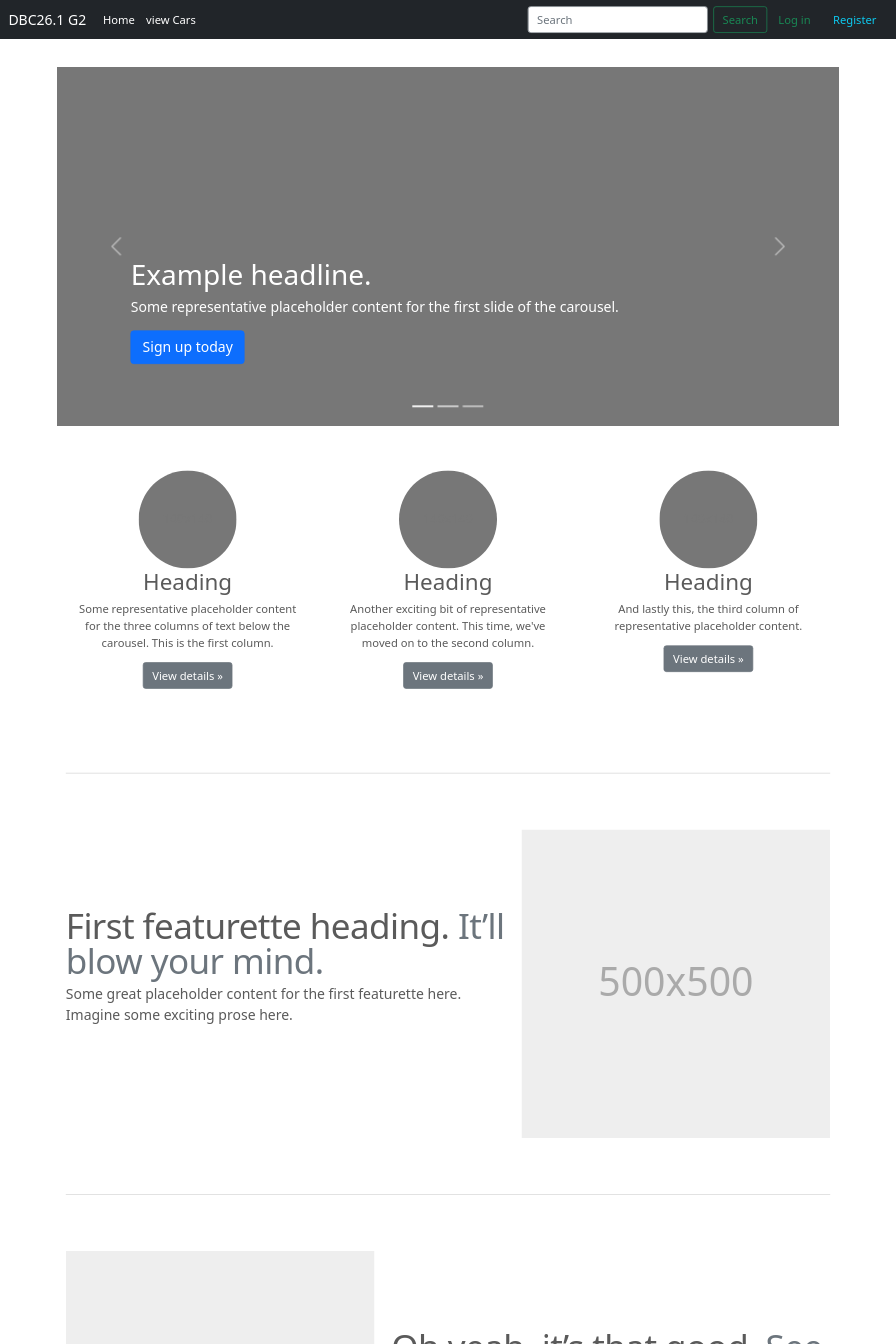
Repository: Cwills21/Aiti-dbc26.1-group-2
Page: http://localhost/
The author's editor kept a copy of each file at every save. The page is drawn from the files as they stood at one save, then again after the next save.
The browser window is 1280 px wide. The pictures show the part of the page from y = 0 to 1920 px (the page is 3079 px tall), at 70% of full size.
The page is served by the project's Laravel application, run on PHP 8.4 with Laravel 8. Other server files are loaded and not shown.

Above is the page before, as saved 2022-03-09 23:27:09.

### routes/web.php
<?php

use App\Http\Controllers\CarController;
use Illuminate\Support\Facades\Route;

/*
|--------------------------------------------------------------------------
| Web Routes
|--------------------------------------------------------------------------
|
| Here is where you can register web routes for your application. These
| routes are loaded by the RouteServiceProvider within a group which
| contains the "web" middleware group. Now create something great!
|
*/

Route::get('/', function () {
    return view('welcome');
});

Route::get('/dashboard', function () {
    return view('dashboard');
})->middleware(['auth'])->name('dashboard');

require __DIR__.'/auth.php';

//Cars
Route::prefix('/cars')->group(function(){
    Route::get('/', [CarController::class, 'showAllCars'])->name('showAllCars');
    Route::get('/add', [CarController::class, 'showAddCarPage'])->name('showAddCarPage');
    Route::get('/{id}/edit', [CarController::class, 'showEditCarPage'])->name('updateCar');

    Route::post('/', [CarController::class, 'saveCar'])->name('saveCar');
    Route::put('/', [CarController::class, 'updateCar']);
    Route::delete('/', [CarController::class, 'deleteCar'])->name('deleteCar');

    });

### resources/views/welcome.blade.php
@extends('layout.master')

@section('page_title', 'Welcome')

@section('content')
<div id="myCarousel" class="carousel slide" data-bs-ride="carousel">
    <div class="carousel-indicators">
      <button type="button" data-bs-target="#myCarousel" data-bs-slide-to="0" class="active" aria-current="true" aria-label="Slide 1"></button>
      <button type="button" data-bs-target="#myCarousel" data-bs-slide-to="1" aria-label="Slide 2"></button>
      <button type="button" data-bs-target="#myCarousel" data-bs-slide-to="2" aria-label="Slide 3"></button>
    </div>
    <div class="carousel-inner">
      <div class="carousel-item active">
        <svg class="bd-placeholder-img" width="100%" height="100%" xmlns="img/bg_1.jpg" aria-hidden="true" preserveAspectRatio="xMidYMid slice" focusable="false"><rect width="100%" height="100%" fill="#777"/></svg>

        <div class="container">
          <div class="carousel-caption text-start">
            <h1>Example headline.</h1>
            <p>Some representative placeholder content for the first slide of the carousel.</p>
            <p><a class="btn btn-lg btn-primary" href="#">Sign up today</a></p>
          </div>
        </div>
      </div>
      <div class="carousel-item">
        <svg class="bd-placeholder-img" width="100%" height="100%" xmlns="http://www.w3.org/2000/svg" aria-hidden="true" preserveAspectRatio="xMidYMid slice" focusable="false"><rect width="100%" height="100%" fill="#777"/></svg>

        <div class="container">
          <div class="carousel-caption">
            <h1>Another example headline.</h1>
            <p>Some representative placeholder content for the second slide of the carousel.</p>
            <p><a class="btn btn-lg btn-primary" href="#">Learn more</a></p>
          </div>
        </div>
      </div>
      <div class="carousel-item">
        <svg class="bd-placeholder-img" width="100%" height="100%" xmlns="http://www.w3.org/2000/svg" aria-hidden="true" preserveAspectRatio="xMidYMid slice" focusable="false"><rect width="100%" height="100%" fill="#777"/></svg>

        <div class="container">
          <div class="carousel-caption text-end">
            <h1>One more for good measure.</h1>
            <p>Some representative placeholder content for the third slide of this carousel.</p>
            <p><a class="btn btn-lg btn-primary" href="#">Browse gallery</a></p>
          </div>
        </div>
      </div>
    </div>
    <button class="carousel-control-prev" type="button" data-bs-target="#myCarousel" data-bs-slide="prev">
      <span class="carousel-control-prev-icon" aria-hidden="true"></span>
      <span class="visually-hidden">Previous</span>
    </button>
    <button class="carousel-control-next" type="button" data-bs-target="#myCarousel" data-bs-slide="next">
      <span class="carousel-control-next-icon" aria-hidden="true"></span>
      <span class="visually-hidden">Next</span>
    </button>
  </div>


  <!-- Marketing messaging and featurettes
  ================================================== -->
  <!-- Wrap the rest of the page in another container to center all the content. -->

  <div class="container marketing">

    <!-- Three columns of text below the carousel -->
    <div class="row">
      <div class="col-lg-4">
        <svg class="bd-placeholder-img rounded-circle" width="140" height="140" xmlns="http://www.w3.org/2000/svg" role="img" aria-label="Placeholder: 140x140" preserveAspectRatio="xMidYMid slice" focusable="false"><title>Placeholder</title><rect width="100%" height="100%" fill="#777"/><text x="50%" y="50%" fill="#777" dy=".3em">140x140</text></svg>

        <h2>Heading</h2>
        <p>Some representative placeholder content for the three columns of text below the carousel. This is the first column.</p>
        <p><a class="btn btn-secondary" href="#">View details &raquo;</a></p>
      </div><!-- /.col-lg-4 -->
      <div class="col-lg-4">
        <svg class="bd-placeholder-img rounded-circle" width="140" height="140" xmlns="http://www.w3.org/2000/svg" role="img" aria-label="Placeholder: 140x140" preserveAspectRatio="xMidYMid slice" focusable="false"><title>Placeholder</title><rect width="100%" height="100%" fill="#777"/><text x="50%" y="50%" fill="#777" dy=".3em">140x140</text></svg>

        <h2>Heading</h2>
        <p>Another exciting bit of representative placeholder content. This time, we've moved on to the second column.</p>
        <p><a class="btn btn-secondary" href="#">View details &raquo;</a></p>
      </div><!-- /.col-lg-4 -->
      <div class="col-lg-4">
        <svg class="bd-placeholder-img rounded-circle" width="140" height="140" xmlns="http://www.w3.org/2000/svg" role="img" aria-label="Placeholder: 140x140" preserveAspectRatio="xMidYMid slice" focusable="false"><title>Placeholder</title><rect width="100%" height="100%" fill="#777"/><text x="50%" y="50%" fill="#777" dy=".3em">140x140</text></svg>

        <h2>Heading</h2>
        <p>And lastly this, the third column of representative placeholder content.</p>
        <p><a class="btn btn-secondary" href="#">View details &raquo;</a></p>
      </div><!-- /.col-lg-4 -->
    </div><!-- /.row -->


    <!-- START THE FEATURETTES -->

    <hr class="featurette-divider">

    <div class="row featurette">
      <div class="col-md-7">
        <h2 class="featurette-heading">First featurette heading. <span class="text-muted">It’ll blow your mind.</span></h2>
        <p class="lead">Some great placeholder content for the first featurette here. Imagine some exciting prose here.</p>
      </div>
      <div class="col-md-5">
        <svg class="bd-placeholder-img bd-placeholder-img-lg featurette-image img-fluid mx-auto" width="500" height="500" xmlns="http://www.w3.org/2000/svg" role="img" aria-label="Placeholder: 500x500" preserveAspectRatio="xMidYMid slice" focusable="false"><title>Placeholder</title><rect width="100%" height="100%" fill="#eee"/><text x="50%" y="50%" fill="#aaa" dy=".3em">500x500</text></svg>

      </div>
    </div>

    <hr class="featurette-divider">

    <div class="row featurette">
      <div class="col-md-7 order-md-2">
        <h2 class="featurette-heading">Oh yeah, it’s that good. <span class="text-muted">See for yourself.</span></h2>
        <p class="lead">Another featurette? Of course. More placeholder content here to give you an idea of how this layout would work with some actual real-world content in place.</p>
      </div>
      <div class="col-md-5 order-md-1">
        <svg class="bd-placeholder-img bd-placeholder-img-lg featurette-image img-fluid mx-auto" width="500" height="500" xmlns="http://www.w3.org/2000/svg" role="img" aria-label="Placeholder: 500x500" preserveAspectRatio="xMidYMid slice" focusable="false"><title>Placeholder</title><rect width="100%" height="100%" fill="#eee"/><text x="50%" y="50%" fill="#aaa" dy=".3em">500x500</text></svg>

      </div>
    </div>

    <hr class="featurette-divider">

    <div class="row featurette">
      <div class="col-md-7">
        <h2 class="featurette-heading">And lastly, this one. <span class="text-muted">Checkmate.</span></h2>
        <p class="lead">And yes, this is the last block of representative placeholder content. Again, not really intended to be actually read, simply here to give you a better view of what this would look like with some actual content. Your content.</p>
      </div>
      <div class="col-md-5">
        <svg class="bd-placeholder-img bd-placeholder-img-lg featurette-image img-fluid mx-auto" width="500" height="500" xmlns="http://www.w3.org/2000/svg" role="img" aria-label="Placeholder: 500x500" preserveAspectRatio="xMidYMid slice" focusable="false"><title>Placeholder</title><rect width="100%" height="100%" fill="#eee"/><text x="50%" y="50%" fill="#aaa" dy=".3em">500x500</text></svg>

      </div>
    </div>

    <hr class="featurette-divider">

    <!-- /END THE FEATURETTES -->

  </div><!-- /.container -->
@endsection

### resources/views/layout/master.blade.php

<!doctype html>
<html lang="en">
  <head>
    <meta charset="utf-8">
    <meta name="viewport" content="width=device-width, initial-scale=1">
    <meta name="description" content="">
    <meta name="author" content="Mark Otto, Jacob Thornton, and Bootstrap contributors">
    <meta name="generator" content="Hugo 0.88.1">
    <title>Carousel Template · Bootstrap v5.1</title>

    <link rel="canonical" href="https://getbootstrap.com/docs/5.1/examples/carousel/">



    <!-- Bootstrap core CSS -->
<link href="https://cdn.jsdelivr.net/npm/bootstrap@5.1.3/dist/css/bootstrap.min.css" rel="stylesheet" integrity="sha384-1BmE4kWBq78iYhFldvKuhfTAU6auU8tT94WrHftjDbrCEXSU1oBoqyl2QvZ6jIW3" crossorigin="anonymous">
    <!-- Favicons -->
<link rel="apple-touch-icon" href="/docs/5.1/assets/img/favicons/apple-touch-icon.png" sizes="180x180">
<link rel="icon" href="/docs/5.1/assets/img/favicons/favicon-32x32.png" sizes="32x32" type="image/png">
<link rel="icon" href="/docs/5.1/assets/img/favicons/favicon-16x16.png" sizes="16x16" type="image/png">
<link rel="manifest" href="/docs/5.1/assets/img/favicons/manifest.json">
<link rel="mask-icon" href="/docs/5.1/assets/img/favicons/safari-pinned-tab.svg" color="#7952b3">
<link rel="icon" href="/docs/5.1/assets/img/favicons/favicon.ico">
<meta name="theme-color" content="#7952b3">


    <style>
      .bd-placeholder-img {
        font-size: 1.125rem;
        text-anchor: middle;
        -webkit-user-select: none;
        -moz-user-select: none;
        user-select: none;
      }

      @media (min-width: 768px) {
        .bd-placeholder-img-lg {
          font-size: 3.5rem;
        }
      }
    </style>


    <!-- Custom styles for this template -->
    <!-- <link href="carousel.css" rel="stylesheet"> -->
    <link href="{{url('css/carousel.css') }}" rel="stylesheet">
  </head>
  <body>

<header>

  <nav class="navbar navbar-expand-md navbar-dark fixed-top bg-dark">
    <div class="container-fluid">
      <a class="navbar-brand" href="#">DBC26.1 G2</a>
      <button class="navbar-toggler" type="button" data-bs-toggle="collapse" data-bs-target="#navbarCollapse" aria-controls="navbarCollapse" aria-expanded="false" aria-label="Toggle navigation">
        <span class="navbar-toggler-icon"></span>
      </button>
      <div class="collapse navbar-collapse" id="navbarCollapse">
        <ul class="navbar-nav me-auto mb-2 mb-md-0">
          <li class="nav-item">
            <a class="nav-link active" aria-current="page" href="/">Home</a>
          </li>
          <li class="nav-item">
          <a class="nav-link active" href="{{ route('showAllCars') }}">view Cars</a>
          </li>

        </ul>
        <form class="d-flex">
          <input class="form-control me-2" type="search" placeholder="Search" aria-label="Search">
          <button class="btn btn-outline-success" type="submit">Search</button>
        </form>
        @if (Route::has('login'))
                        @auth
                        <form method="POST" action="{{ route('logout') }}">
                                    @csrf
                                    <x-responsive-nav-link :href="route('logout')"
                                            onclick="event.preventDefault();
                                                        this.closest('form').submit();">
                                        <button class="nav-item btn btn-danger btn-xs">Log Out</button>
                                    </x-responsive-nav-link>
                        </form>
                        @else

                            <a href="{{ route('login') }}" class="nav-link text-success">Log in</a>

                            @if (Route::has('register'))

                            <a href="{{ route('register') }}" class="nav-link text-info">Register</a>

                            @endif
                        @endauth

                    @endif
      </div>
    </div>
  </nav>
</header>



<div class="container mt-5">
        @include('common.alert')
        {{-- @include('common.errors') --}}
        @yield('content')
</div>


  <!-- FOOTER -->
  <footer class="container">
    <p class="float-end"><a href="#">Back to top</a></p>
    <p>&copy; 2017–2021 Company, Inc. &middot; <a href="#">Privacy</a> &middot; <a href="#">Terms</a></p>
  </footer>

<!-- JavaScript Bundle with Popper -->
<script src="https://cdn.jsdelivr.net/npm/bootstrap@5.1.3/dist/js/bootstrap.bundle.min.js" integrity="sha384-ka7Sk0Gln4gmtz2MlQnikT1wXgYsOg+OMhuP+IlRH9sENBO0LRn5q+8nbTov4+1p" crossorigin="anonymous"></script>

  </body>
</html>

### resources/views/common/alert.blade.php
 @if(session()->has('alert'))
 <div class="alert alert-success" role="alert">
  {{session('alert')}}
</div>
@endif

### public/css/carousel.css
/* GLOBAL STYLES
-------------------------------------------------- */
/* Padding below the footer and lighter body text */

body {
  padding-top: 3rem;
  padding-bottom: 3rem;
  color: #5a5a5a;
}


/* CUSTOMIZE THE CAROUSEL
-------------------------------------------------- */

/* Carousel base class */
.carousel {
  margin-bottom: 4rem;
}
/* Since positioning the image, we need to help out the caption */
.carousel-caption {
  bottom: 3rem;
  z-index: 10;
}

/* Declare heights because of positioning of img element */
.carousel-item {
  height: 32rem;
}
.carousel-item > img {
  position: absolute;
  top: 0;
  left: 0;
  min-width: 100%;
  height: 32rem;
}


/* MARKETING CONTENT
-------------------------------------------------- */

/* Center align the text within the three columns below the carousel */
.marketing .col-lg-4 {
  margin-bottom: 1.5rem;
  text-align: center;
}
.marketing h2 {
  font-weight: 400;
}
/* rtl:begin:ignore */
.marketing .col-lg-4 p {
  margin-right: .75rem;
  margin-left: .75rem;
}
/* rtl:end:ignore */


/* Featurettes
------------------------- */

.featurette-divider {
  margin: 5rem 0; /* Space out the Bootstrap <hr> more */
}

/* Thin out the marketing headings */
.featurette-heading {
  font-weight: 300;
  line-height: 1;
  /* rtl:remove */
  letter-spacing: -.05rem;
}


/* RESPONSIVE CSS
-------------------------------------------------- */

@media (min-width: 40em) {
  /* Bump up size of carousel content */
  .carousel-caption p {
    margin-bottom: 1.25rem;
    font-size: 1.25rem;
    line-height: 1.4;
  }

  .featurette-heading {
    font-size: 50px;
  }
}

@media (min-width: 62em) {
  .featurette-heading {
    margin-top: 7rem;
  }
}

Loaded but not shown: routes/auth.php (common file); resources/views/components/responsive-nav-link.blade.php (common file)

After the next save:
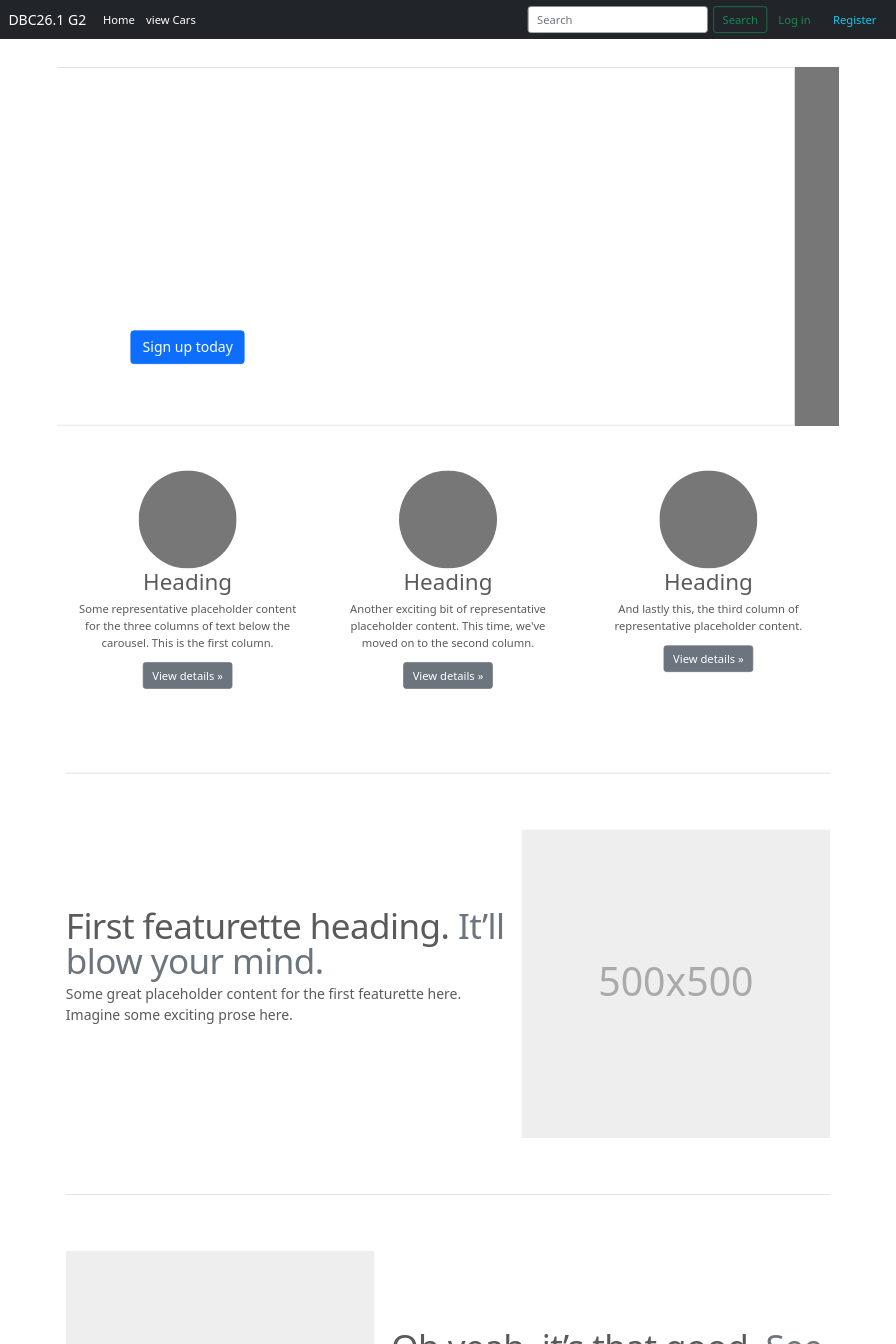
Saved 5 min 16 s later.
--- a/resources/views/welcome.blade.php
+++ b/resources/views/welcome.blade.php
@@ -11,8 +11,8 @@
     </div>
     <div class="carousel-inner">
       <div class="carousel-item active">
-        <svg class="bd-placeholder-img" width="100%" height="100%" xmlns="img/bg_1.jpg" aria-hidden="true" preserveAspectRatio="xMidYMid slice" focusable="false"><rect width="100%" height="100%" fill="#777"/></svg>
-
+        <!-- <svg class="bd-placeholder-img" width="100%" height="100%" xmlns="img/bg_1.jpg" aria-hidden="true" preserveAspectRatio="xMidYMid slice" focusable="false"><rect width="100%" height="100%" fill="#777"/></svg> -->
+        <img src="img/bg_1.jpg" style="width:100%">
         <div class="container">
           <div class="carousel-caption text-start">
             <h1>Example headline.</h1>
